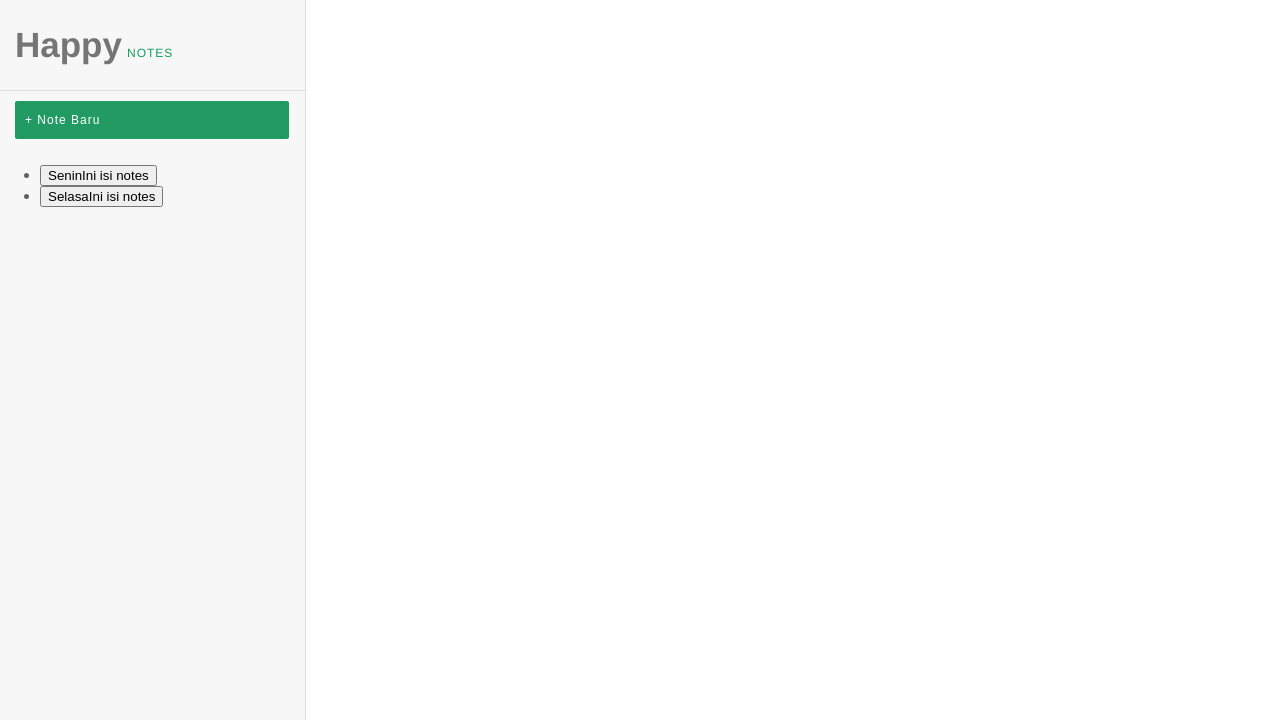
Repository: AdiPrimanto/notes-vue
Page: / (app in resources/)
An editor plug-in stored every save of this project. The page is shown before and after the next save, followed by the edit.
The browser window is 1280 px wide. The pictures show the whole page.
The project was rebuilt for these pictures with package versions that can differ from the ones it lists, and the page was loaded fresh each time. Also part of the build but not shown: resources/vue.config.js.

Above is the page before, as saved 2020-02-22 17:21:38.

After the next save:
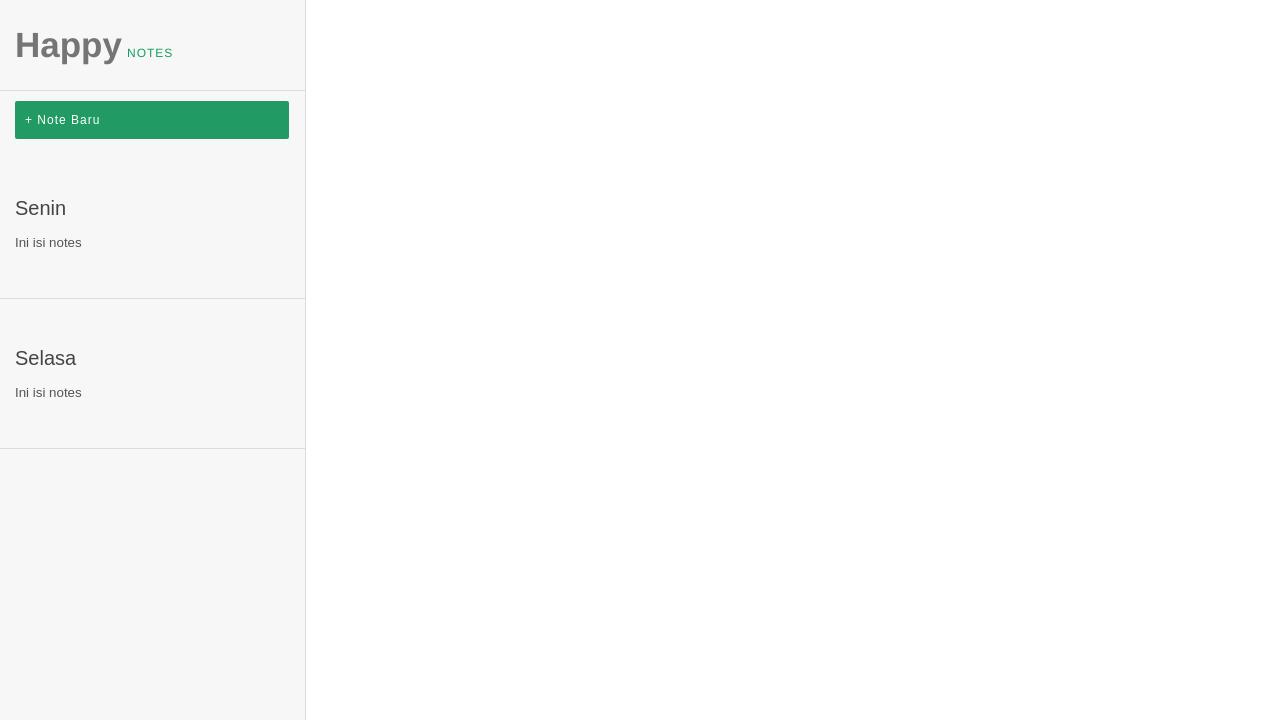
Saved 50 s later.
--- a/resources/src/components/listNotes.vue
+++ b/resources/src/components/listNotes.vue
@@ -28,12 +28,12 @@ export default {
 </script>
 
 <style lang="">
-/* ul {
+ul {
      list-style-type: none;
      padding: 0;
      margin:0px;
-} */
-/* .btn-note {
+}
+.btn-note {
      text-align: left;
      border: none;
      border-bottom: 1px solid gainsboro;
@@ -55,5 +55,5 @@ export default {
 }
 .btn-note span{
     color: #545454;
-} */
+}
 </style>
